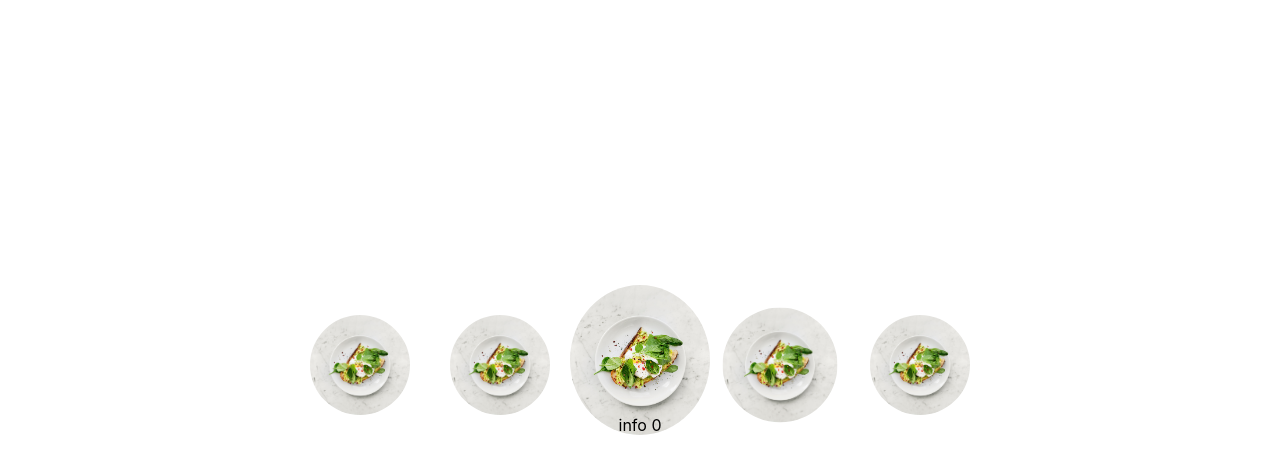
Repository: nambui98/slider
Page: /
An editor plug-in stored every save of this project. The page is shown before and after the next save, followed by the edit.
The browser window is 1280 px wide. The pictures show the whole page.
The project was rebuilt for these pictures with package versions that can differ from the ones it lists, and the page was loaded fresh each time. Also part of the build but not shown: vite.config.ts.

Above is the page before, as saved 2022-04-12 10:46:29.

### src/App.tsx
import { useState } from 'react'
import Horizolsider from './components/horizolslider/Horizolsider'
import logo from './logo.svg'
import './App.css'
import "slick-carousel/slick/slick.css";
import "slick-carousel/slick/slick-theme.css";
function App() {
  const [count, setCount] = useState(0)

  return (
    <div className="App">
      <Horizolsider />
    </div>
  )
}

export default App

### src/components/horizolslider/Horizolsider.tsx
import React, { useEffect, useRef, useState } from 'react'
import styled from 'styled-components'
import Slider from "react-slick";
import image1 from '../../assets/images/pexels-daria-shevtsova-1095550.jpg'

type Props = {}

const Wrapper = styled.div`
    width: 700px;
    /* margin: auto; */
`
const Item = styled.div`
    height: 150px;
    /* margin-top: 50px; */
    transition: all .3s;
        display: flex !important;
    justify-content: end;
    align-items: center;
    flex-direction: column;
    position: relative;
    /* display: flex !important;
    justify-content: center;
    align-items: flex-end;
    margin-bottom: 100px; */
    /* position: relative;
     */
    /* margin: 0 15px; */
    .info{
        visibility: hidden;
    }
    img{
        object-fit: cover;
        margin: 0 auto;
        /* width: 100px;
        height: 100px; */
        width: 100px;
        height: 100px;
        border-radius: 50%;
        transition: all .3s;
    }
    &.active{
        /* width: 150px;
        height: 100px; */
        /* height: 200px; */
        /* margin-top: 30px; */
        img{
            width: 100%;
            height: 150px;
            /* width: 100%; */
            /* transform: scale(1.4) */
        }
        .info{
            visibility: visible;
            position: absolute;
        }
    }
    &.near{
        /* width: 150px;
        height: 100px; */
        /* height: 200px; */
        /* margin-top: 40px; */
        img{

            /* width: 100%; */
            transform: scale(1.15)
        }


    }
`
const Horizolsider = (props: Props) => {
    const [activeIndex, setActiveIndex] = useState<number>(0);
    const settings = {
        className: "listItem",
        dots: false,
        infinite: true,
        speed: 500,
        slidesToShow: 5,
        slidesToScroll: 1,
        centerMode: true,
        focusOnSelect: true,
        centerPadding: '0px',
        // adaptiveHeight: true,
        beforeChange: (current: any, next: any) => {
            setActiveIndex(next)

        },
    };

    return (
        <div style={{ display: "flex", height: "100vh", justifyContent: "center", alignItems: "center" }}>
            <Wrapper>
                <Slider {...settings}>
                    {
                        [...Array(10).keys()].map((i, index) =>
                            <Item className={`${index === activeIndex ? "active" : (activeIndex - index) === 1 || (index - activeIndex) === 1 ? "near" : ""}`}>
                                <img src={image1} alt="" />
                                <div className="info">info {i}</div>
                            </Item>
                        )
                    }
                </Slider>
            </Wrapper>
        </div>
    )
}
export default Horizolsider

### src/App.css
*{
  padding: 0;
  margin: 0;
  box-sizing: border-box;
}
.listItem{

}

Loaded but not shown: index.html (common file); src/main.tsx (common file); src/index.css (common file)

After the next save:
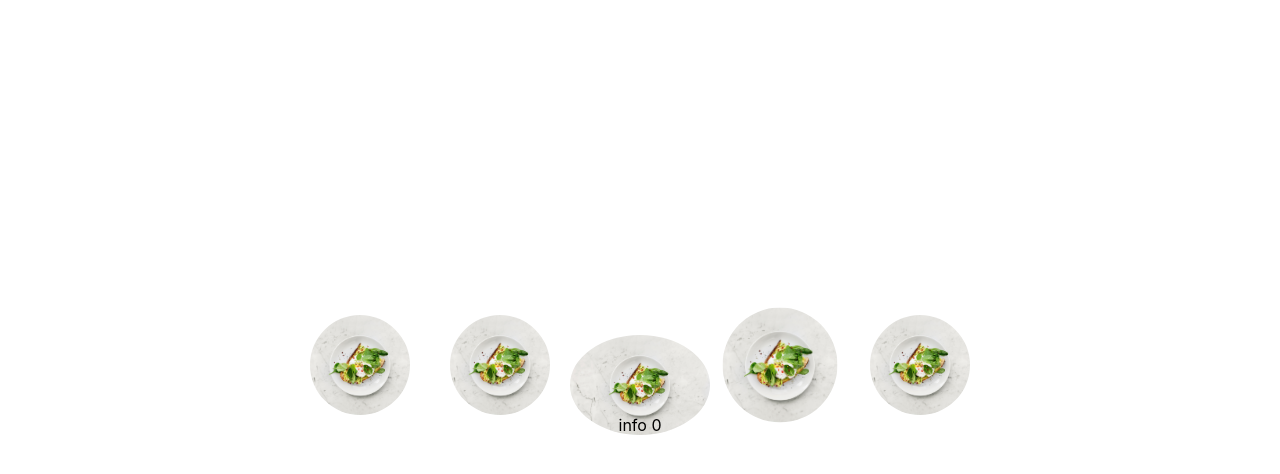
Saved 21 s later.
--- a/src/components/horizolslider/Horizolsider.tsx
+++ b/src/components/horizolslider/Horizolsider.tsx
@@ -45,7 +45,7 @@
         /* margin-top: 30px; */
         img{
             width: 100%;
-            height: 150px;
+            /* height: 150px; */
             /* width: 100%; */
             /* transform: scale(1.4) */
         }

After the save that followed:
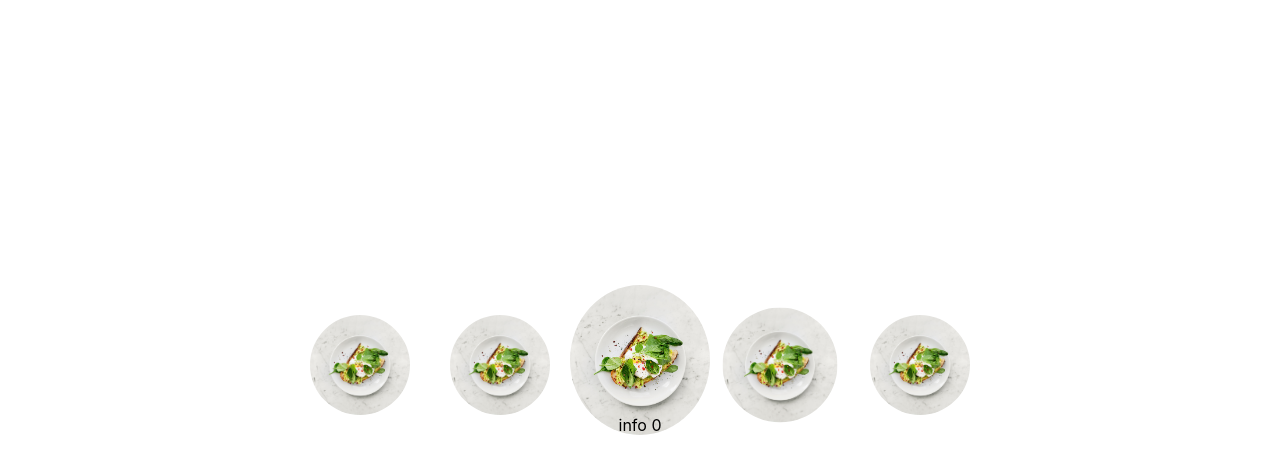
Saved 20 s later.
--- a/src/components/horizolslider/Horizolsider.tsx
+++ b/src/components/horizolslider/Horizolsider.tsx
@@ -45,7 +45,7 @@
         /* margin-top: 30px; */
         img{
             width: 100%;
-            /* height: 150px; */
+            height: 150px;
             /* width: 100%; */
             /* transform: scale(1.4) */
         }
